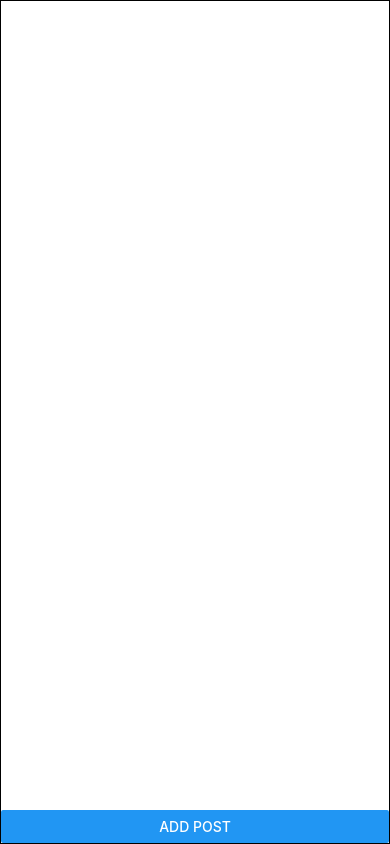
Repository: ntu34543/React-Native
Screen: / (app in demo/)
An editor plug-in stored every save of this project. The screen is shown before and after the next save, followed by the edit.
The page's requests for data from a server got no answer. The app was drawn by React Native's web renderer in a window 390 px wide. The project was rebuilt for these pictures with package versions that can differ from the ones it lists, and the page was loaded fresh each time. No one was signed in, and anything a server would have sent is missing.

Above is the screen before, as saved 2022-09-13 11:38:51.

After the next save:
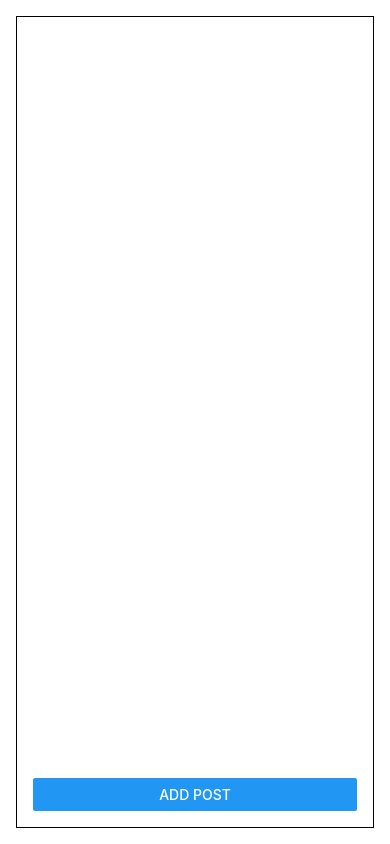
Saved 20 s later.
--- a/demo/App.js
+++ b/demo/App.js
@@ -84,5 +84,7 @@ const styles = StyleSheet.create({
     justifyContent: "center",
     borderWidth: 1,
     borderColor: "black",
+    padding: 16,
+    margin: 16,
   },
 });
